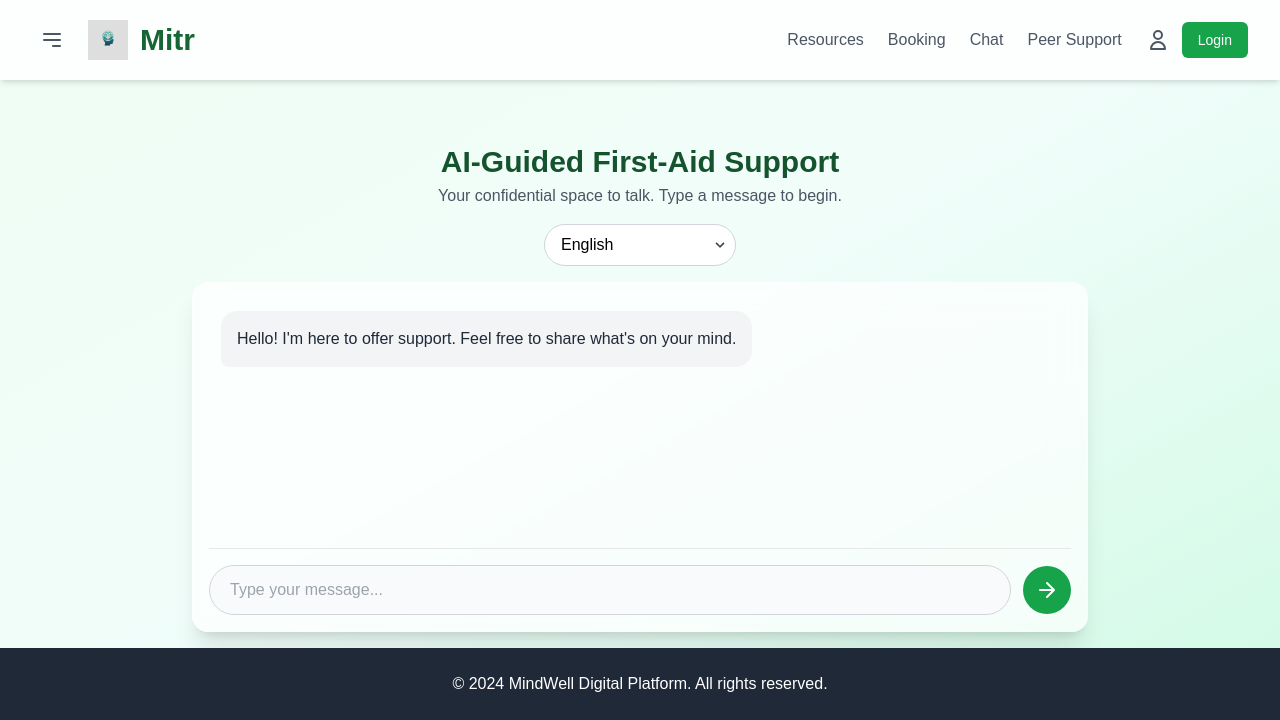
Repository: alokse24b01025/mentalhealth-project-sih-
Page: /chat (app in p1/)
These files come from the project's save history. The page is drawn as it stood at one moment and after the next save; the edit follows.
The browser window is 1280 px wide. The pictures show the whole page.
The project was rebuilt for these pictures with package versions that can differ from the ones it lists, and the page was loaded fresh each time. Also part of the build but not shown: p1/vite.config.js, p1/src/pages/HomePage.jsx, p1/src/data/mockResources.js, p1/src/pages/ResourcesPage.jsx, p1/src/pages/BookingPage.jsx, p1/src/components/PeerSupport.jsx, p1/src/pages/PeerSupportPage.jsx, p1/src/pages/AdminDashboard.jsx and 1 more.

Above is the page before, as saved 2025-09-10 15:44:55.

After the next save:
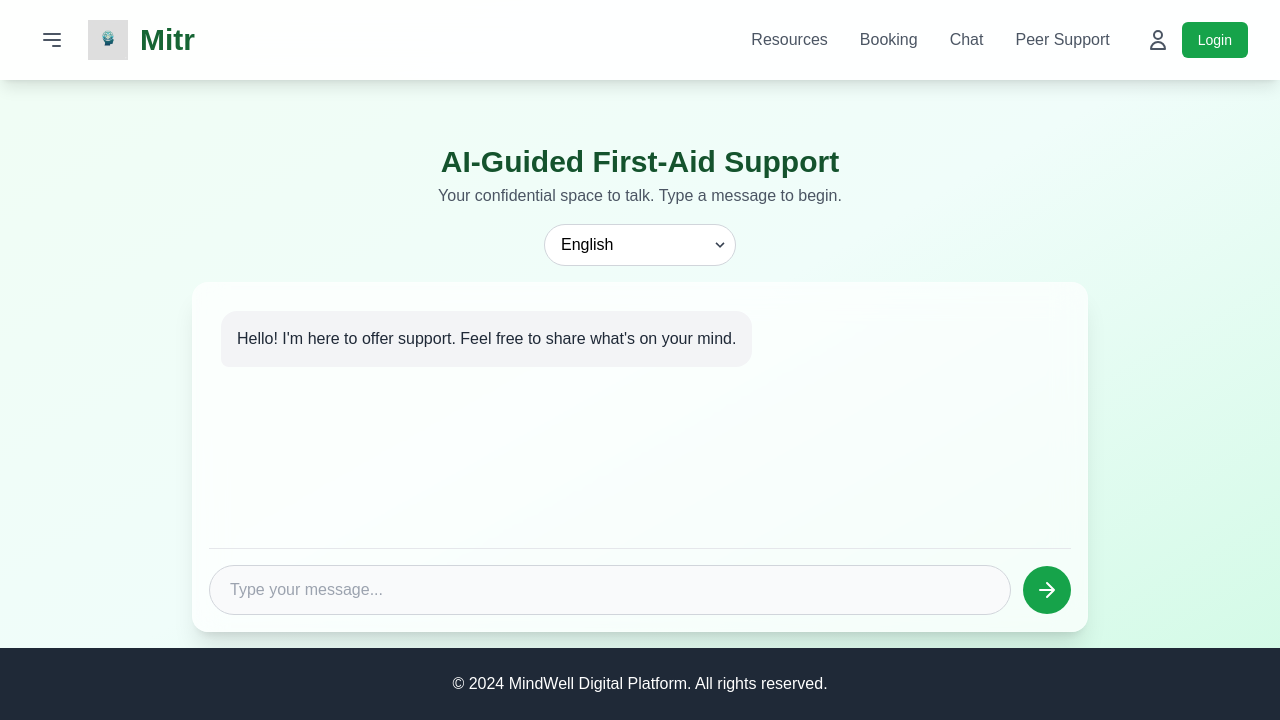
Saved 5 min 56 s later.
--- a/p1/src/components/Header.jsx
+++ b/p1/src/components/Header.jsx
@@ -40,10 +40,10 @@ const Header = () => {
     </svg>
   );
 
-  const desktopLinkClass = "text-gray-600 hover:text-green-600 transition-colors";
+  const desktopLinkClass = "px-3 py-2 rounded-md text-gray-600 hover:text-green-800 hover:bg-green-50 transition-all duration-200";
 
   return (
-    <header className="bg-white/80 backdrop-blur-lg shadow-md fixed top-0 w-full z-50">
+    <header className="bg-white/70 backdrop-blur-xl shadow-md fixed top-0 w-full z-50 transition-all duration-300 hover:bg-white/90 hover:shadow-lg">
       <div className="max-w-7xl mx-auto px-4 sm:px-6 lg:px-8">
         <div className="flex justify-between items-center h-20">
 
@@ -51,18 +51,16 @@ const Header = () => {
           <div className="flex items-center gap-x-4">
             {/* Hamburger Button and Dropdown Menu (for future options) */}
             <div className="relative" ref={menuRef}>
-              <button onClick={() => setIsMenuOpen(!isMenuOpen)} className="p-2 rounded-md text-gray-600 hover:bg-gray-100 focus:outline-none">
-                <svg xmlns="http://www.w3.org/2000/svg" className="h-6 w-6" fill="none" viewBox="0 0 24 24" stroke="currentColor">
+              <button onClick={() => setIsMenuOpen(!isMenuOpen)} className="p-2 rounded-md text-gray-600 hover:bg-gray-100 focus:outline-none focus:ring-2 focus:ring-green-500">
+                <svg xmlns="http://www.w3.org/2000/svg" className="h-6 w-6" fill="none" viewBox="0 0 24" stroke="currentColor">
                   <path strokeLinecap="round" strokeLinejoin="round" strokeWidth={2} d="M4 6h16M4 12h16m-7 6h7" />
                 </svg>
               </button>
 
-              {/* Dropdown Menu Panel - Placeholder for now */}
-              {isMenuOpen && (
-                <div className="absolute top-14 left-0 w-64 bg-white/95 backdrop-blur-lg border border-gray-200 rounded-lg shadow-xl py-4 px-4">
-                  <p className="text-center text-gray-500">More options will be added here soon.</p>
-                </div>
-              )}
+              {/* Dropdown Menu Panel - with transition */}
+              <div className={`absolute top-14 left-0 w-64 bg-white/95 backdrop-blur-lg border border-gray-200 rounded-lg shadow-xl py-4 px-4 transition-all duration-300 ease-out transform ${isMenuOpen ? 'opacity-100 scale-100' : 'opacity-0 scale-95 pointer-events-none'}`}>
+                <p className="text-center text-gray-500">More options will be added here soon.</p>
+              </div>
             </div>
 
             {/* Logo and Brand */}
@@ -75,7 +73,7 @@ const Header = () => {
           {/* Right side: Nav Links and Auth Buttons */}
           <div className="flex items-center">
             {/* Desktop Navigation Links - hidden on small screens */}
-            <nav className="hidden md:flex items-center space-x-6 mr-6">
+            <nav className="hidden md:flex items-center space-x-2 mr-6">
               <NavLink to="/resources" className={desktopLinkClass}>Resources</NavLink>
               <NavLink to="/booking" className={desktopLinkClass}>Booking</NavLink>
               <NavLink to="/chat" className={desktopLinkClass}>Chat</NavLink>
